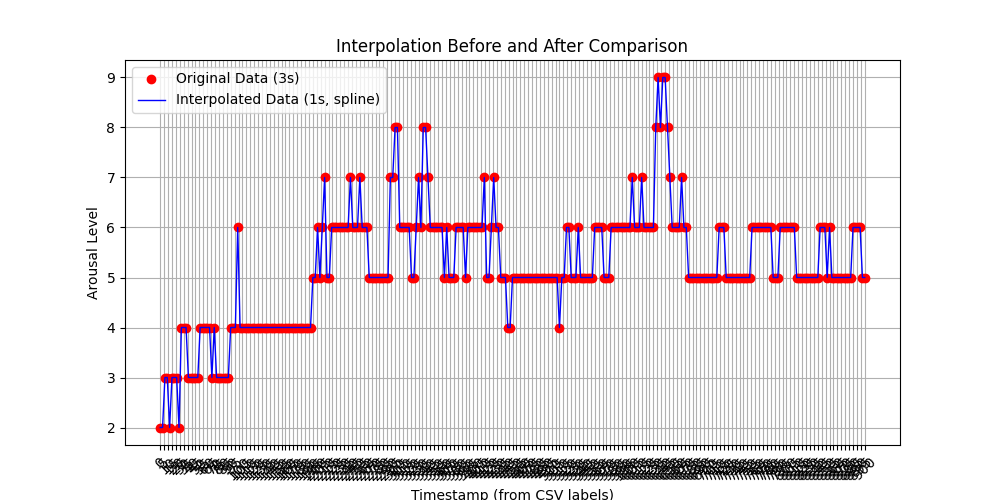
Repository: JLCucumber/comp0053_workspace
Script's output: python data_interpolation.py
The author's editor kept a copy of each file at every save. The script's output is drawn from the files as they stood at one save, then again after the next save.
Random numbers start from a fixed seed.

Above is the script's output before, as saved 2025-03-14 19:20:19.

### data_interpolation.py
import os
import pandas as pd
import matplotlib
import matplotlib.pyplot as plt
from scipy.interpolate import CubicSpline

matplotlib.rcParams["font.family"] = "DejaVu Sans"  #


def interpolate_csv(input_csv, output_csv, target_interval=1, visualize=False, method="linear"):
    """Data interpolation: Convert annotations from 3s intervals to 1s intervals and visualize the difference"""
    if not os.path.exists(input_csv):
        print(f"❌ Input file {input_csv} does not exist!")
        return

    # **Read CSV file**
    df = pd.read_csv(input_csv)

    # **Ensure timestamp is an integer**
    df["timestamp"] = pd.to_numeric(df["timestamp"], errors="coerce")

    # **Convert to DatetimeIndex**
    df["timestamp"] = pd.to_datetime(df["timestamp"], unit="s")

    # **Set index**
    df.set_index("timestamp", inplace=True)

    if method == "spline":
        # **Perform cubic spline interpolation**
        timestamps = df.index.astype(int) // 10**9  # Convert timestamps to integer seconds
        arousal_values = df["arousal"].values
        cs = CubicSpline(timestamps, arousal_values)
        new_timestamps = range(timestamps[0], timestamps[-1] + 1, target_interval)
        new_arousal = cs(new_timestamps)
        df_resampled = pd.DataFrame({"timestamp": new_timestamps, "arousal": new_arousal})
    else:
        # **Perform linear interpolation (default)**
        df_resampled = df.resample(f"{target_interval}s").interpolate(method=method)
        df_resampled.reset_index(inplace=True)
        df_resampled["timestamp"] = df_resampled["timestamp"].astype(int) // 10**9  # Convert back to integer seconds

    # **Save results**
    df_resampled.to_csv(output_csv, index=False)
    print(f"✅ Interpolation completed, saved to {output_csv}")


def visualize_interpolation(original_csv, interpolated_csv):
    """Function to visualize interpolation effect separately"""
    if not os.path.exists(original_csv) or not os.path.exists(interpolated_csv):
        print("❌ One or both files do not exist!")
        return

    # **Read files**
    df_original = pd.read_csv(original_csv)
    df_interpolated = pd.read_csv(interpolated_csv)

    # **Ensure timestamps are numeric and sorted**
    df_original["timestamp"] = pd.to_numeric(df_original["timestamp"], errors="coerce")
    print(df_original["timestamp"])
    df_interpolated["timestamp"] = pd.to_numeric(df_interpolated["timestamp"], errors="coerce")
    df_original = df_original.sort_values("timestamp")
    df_interpolated = df_interpolated.sort_values("timestamp")

    plt.figure(figsize=(10, 5))

    # **Fix: Use correct timestamps for original data**
    plt.plot(df_original["timestamp"], df_original["arousal"], 'ro-', label="Original Data (3s)", markersize=6, linestyle="None")

    # **Plot interpolated data**
    plt.plot(df_interpolated["timestamp"], df_interpolated["arousal"], 'b-', label="Interpolated Data (1s, spline)", linewidth=1)

    # **Fix X-axis labels to avoid overlap**
    plt.xticks(df_interpolated["timestamp"][::5], labels=df_interpolated["timestamp"][::5].astype(str), rotation=45)

    plt.xlabel("Timestamp (from CSV labels)")
    plt.ylabel("Arousal Level")
    plt.legend()
    plt.title("Interpolation Before and After Comparison")
    plt.grid()
    plt.show()





if __name__ == "__main__":
    # 插值数据
    input_csv_file = "output/rgb_byz_game_session.csv"  # 你的原始 CSV 文件
    output_csv_file = input_csv_file.replace(".csv", "_interpolated.csv")
    interpolate_csv(input_csv_file, output_csv_file, target_interval=1, visualize=True, method="linear")
    visualize_interpolation(input_csv_file, output_csv_file)

### output/rgb_byz_game_session.csv
timestamp,arousal
0,2
3,2
6,3
9,3
12,2
15,3
18,3
21,3
24,2
27,4
30,4
33,4
36,3
39,3
42,3
45,3
48,3
51,4
54,4
57,4
60,4
63,4
66,3
69,4
72,3
75,3
78,3
81,3
84,3
87,3
90,4
93,4
96,4
99,6
102,4
105,4
108,4
111,4
114,4
117,4
120,4
123,4
126,4
129,4
132,4
135,4
138,4
141,4
144,4
147,4
150,4
153,4
156,4
159,4
162,4
165,4
168,4
171,4
174,4
177,4
180,4
183,4
186,4
189,4
192,4
195,5
198,5
201,6
204,5
207,6
210,7
213,5
216,5
219,6
222,6
225,6
228,6
231,6
234,6
237,6
240,6
243,7
246,6
249,6
252,6
255,7
258,6
261,6
264,6
267,5
270,5
273,5
276,5
279,5
282,5
285,5
288,5
291,5
294,7
297,7
300,8
303,8
306,6
309,6
312,6
315,6
318,6
321,5
324,5
327,6
330,7
333,6
336,8
339,8
342,7
345,6
348,6
351,6
354,6
357,6
360,6
363,5
366,6
369,5
372,5
375,5
378,6
381,6
384,6
387,6
390,5
393,6
396,6
399,6
402,6
405,6
408,6
411,6
414,7
417,5
420,5
423,6
426,7
429,6
432,6
435,5
438,5
441,5
444,4
447,4
450,5
453,5
456,5
459,5
462,5
465,5
468,5
471,5
474,5
477,5
480,5
483,5
486,5
489,5
492,5
495,5
498,5
501,5
504,5
507,5
510,4
513,5
516,5
519,6
522,6
525,5
528,5
531,5
534,6
537,5
540,5
543,5
546,5
549,5
552,5
555,6
558,6
561,6
564,6
567,5
570,5
573,5
576,6
579,6
582,6
585,6
588,6
591,6
594,6
597,6
600,6
603,7
606,6
609,6
612,6
615,7
618,6
621,6
624,6
627,6
630,6
633,8
636,9
639,8
642,9
645,9
648,8
651,7
654,6
657,6
660,6
663,6
666,7
669,6
672,6
675,5
678,5
681,5
684,5
687,5
690,5
693,5
696,5
699,5
702,5
705,5
708,5
711,5
714,6
717,6
720,6
723,5
726,5
729,5
732,5
735,5
738,5
741,5
744,5
747,5
750,5
753,5
756,6
759,6
762,6
765,6
768,6
771,6
774,6
777,6
780,6
783,5
786,5
789,5
792,6
795,6
798,6
801,6
804,6
807,6
810,6
813,5
816,5
819,5
822,5
825,5
828,5
831,5
834,5
837,5
840,5
843,6
846,6
849,6
852,5
855,6
858,5
861,5
864,5
867,5
870,5
873,5
876,5
879,5
882,5
885,6
888,6
891,6
894,6
897,5
900,5

After the next save:
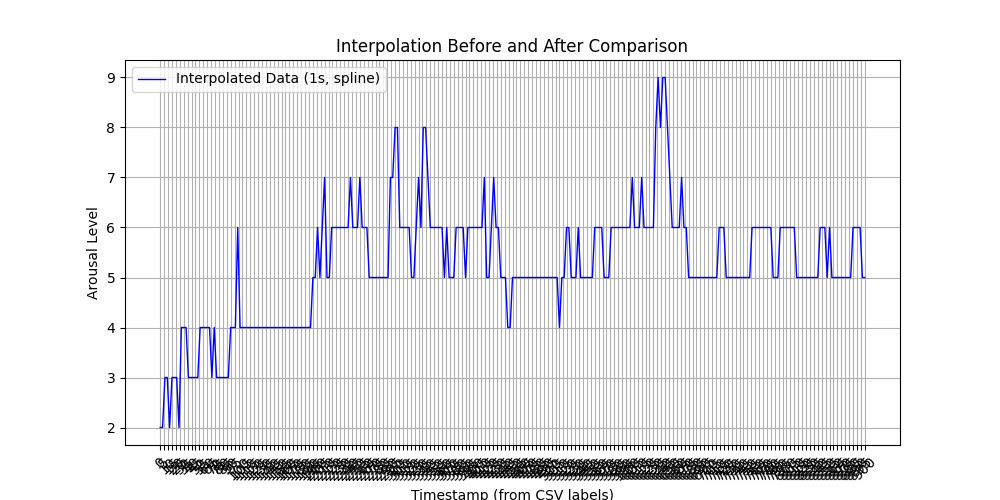
Saved 32 s later.
--- a/data_interpolation.py
+++ b/data_interpolation.py
@@ -63,8 +63,8 @@
 
     plt.figure(figsize=(10, 5))
 
-    # **Fix: Use correct timestamps for original data**
-    plt.plot(df_original["timestamp"], df_original["arousal"], 'ro-', label="Original Data (3s)", markersize=6, linestyle="None")
+    # # **Fix: Use correct timestamps for original data**
+    # plt.plot(df_original["timestamp"], df_original["arousal"], 'ro-', label="Original Data (3s)", markersize=6, linestyle="None")
 
     # **Plot interpolated data**
     plt.plot(df_interpolated["timestamp"], df_interpolated["arousal"], 'b-', label="Interpolated Data (1s, spline)", linewidth=1)

After the save that followed:
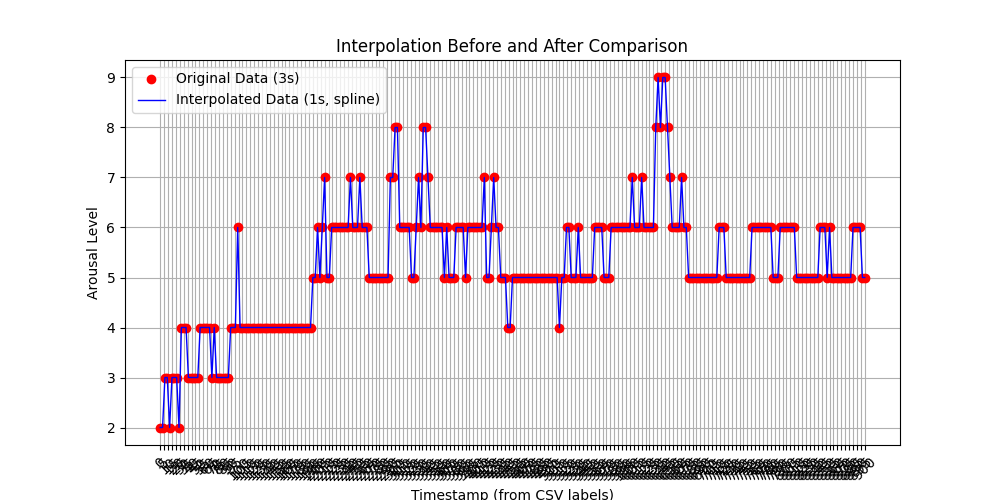
Saved 24 s later.
--- a/data_interpolation.py
+++ b/data_interpolation.py
@@ -63,8 +63,8 @@
 
     plt.figure(figsize=(10, 5))
 
-    # # **Fix: Use correct timestamps for original data**
-    # plt.plot(df_original["timestamp"], df_original["arousal"], 'ro-', label="Original Data (3s)", markersize=6, linestyle="None")
+    # **Fix: Use correct timestamps for original data**
+    plt.plot(df_original["timestamp"], df_original["arousal"], 'ro-', label="Original Data (3s)", markersize=6, linestyle="None")
 
     # **Plot interpolated data**
     plt.plot(df_interpolated["timestamp"], df_interpolated["arousal"], 'b-', label="Interpolated Data (1s, spline)", linewidth=1)
